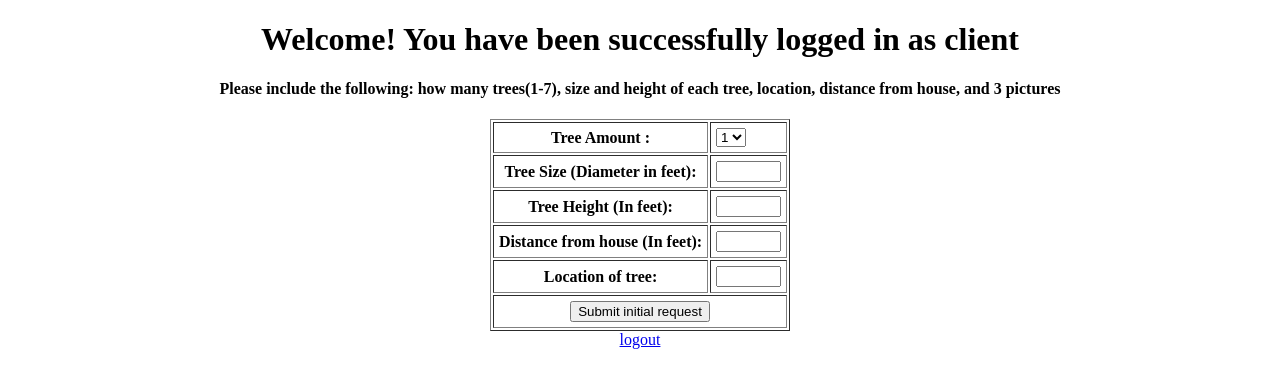
Repository: jrule5960/Tree-Cutting-Database
Page: http://localhost/database/processTreeRequest.jsp
These files come from the project's save history. The page is drawn as it stood at one moment and after the next save; the edit follows.
The browser window is 1280 px wide. The pictures show the whole page.
The page is served by Tomcat 9. Other server files are loaded and not shown.

Above is the page before, as saved 2023-11-06 18:32:00.

### database/WebContent/processTreeRequest.jsp
<%@ page language="java" contentType="text/html; charset=ISO-8859-1"
    pageEncoding="ISO-8859-1"%>
<%@ taglib uri="http://java.sun.com/jsp/jstl/core" prefix="c" %>

<!DOCTYPE html>
<html>
<head>
<meta charset="ISO-8859-1">
<title>Client page</title>
</head>

<center><h1>Welcome! You have been successfully logged in as client</h1> </center>

	<center>
	<h4>Please include the following: how many trees(1-7), size and height of each tree, location, distance from house, and 3 pictures	 </h4>
	</center>



	<form action = "DavidSmithView.jsp" method = "post">
	<center>

		<table border="1" cellpadding="5">
		<tr>
			<th> Tree Amount : </th>
			<td>
			<select name= "tree_amt">
				<option value ="1"> 1  </option>
				<option value ="2"> 2  </option>
				<option value ="3"> 3  </option>
				<option value ="4"> 4  </option>
				<option value ="5"> 5  </option>
				<option value ="6"> 6  </option>
				<option value ="7"> 7  </option>
			</select>
			</td>
		</tr>

		<tr>
			<th> Tree Size (Diameter in feet): </th>
			<td align="center" colspan="8">
			<input type = "text" name = "tree_size" size = "5">
			</td>
		</tr>

		<tr>
			<th> Tree Height (In feet): </th>
			<td align="center" colspan="8">
			<input type = "text" name = "tree_height" size = "5">
			</td>
		</tr>

		<tr>
			<th> Distance from house (In feet): </th>
			<td align="center" colspan="8">
			<input type = "text" name = "tree_distance" size = "5">
			</td>
		</tr>

		<tr>
			<th> Location of tree: </th>
			<td align="center" colspan="8">
			<input type = "text" name = "tree_location" size = "5">
			</td>
		</tr>

		<tr>
			<td align="center" colspan="8">
			<input type = "submit" value = "Submit initial request">
			</td>
		</tr>
		</center>

		</table>
	</form>


	<body>
	 <center>
		 <a href="login.jsp"target ="_self" > logout</a><br><br>
		 </center>
	</body>
</html>

After the next save:
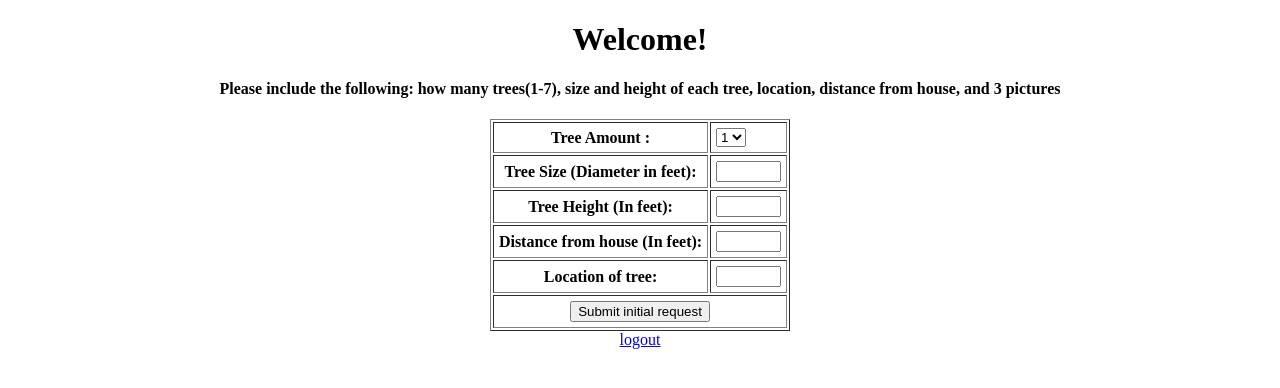
Saved 31 s later.
--- a/database/WebContent/processTreeRequest.jsp
+++ b/database/WebContent/processTreeRequest.jsp
@@ -6,10 +6,10 @@
 <html>
 <head>
 <meta charset="ISO-8859-1">
-<title>Client page</title>
+<title>Process Tree page</title>
 </head>
 
-<center><h1>Welcome! You have been successfully logged in as client</h1> </center>
+<center><h1>Welcome!</h1> </center>
 
 	<center>
 	<h4>Please include the following: how many trees(1-7), size and height of each tree, location, distance from house, and 3 pictures	 </h4>
